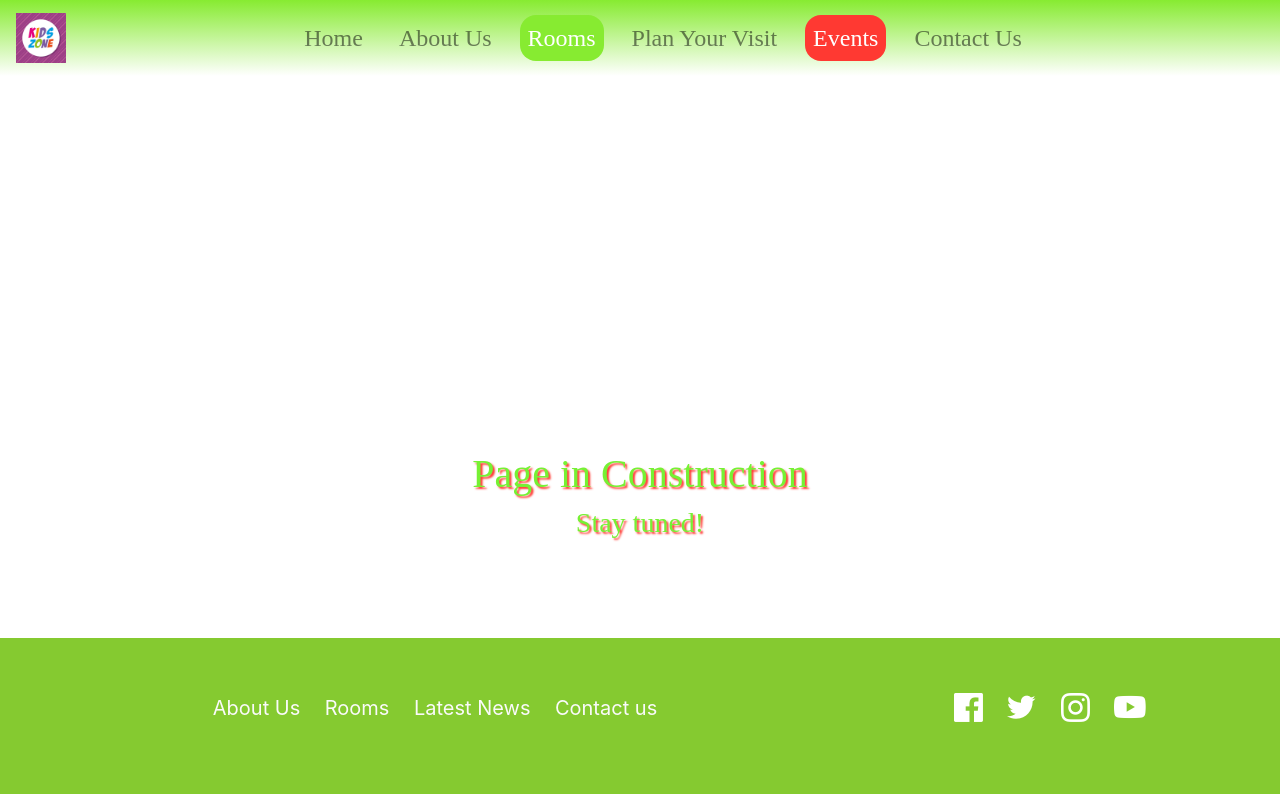
Repository: Code-Institute-Submissions/my-first-frontend-milestone-project
Page: events.html
The author's editor kept a record of every edit. The page is drawn from the files as they stood at one moment, then again after the next edit.
The browser window is 1280 px wide. The pictures show the whole page.
Some web fonts or font styles are not loaded; a fallback is used.

Above is the page before.

After the next edit:
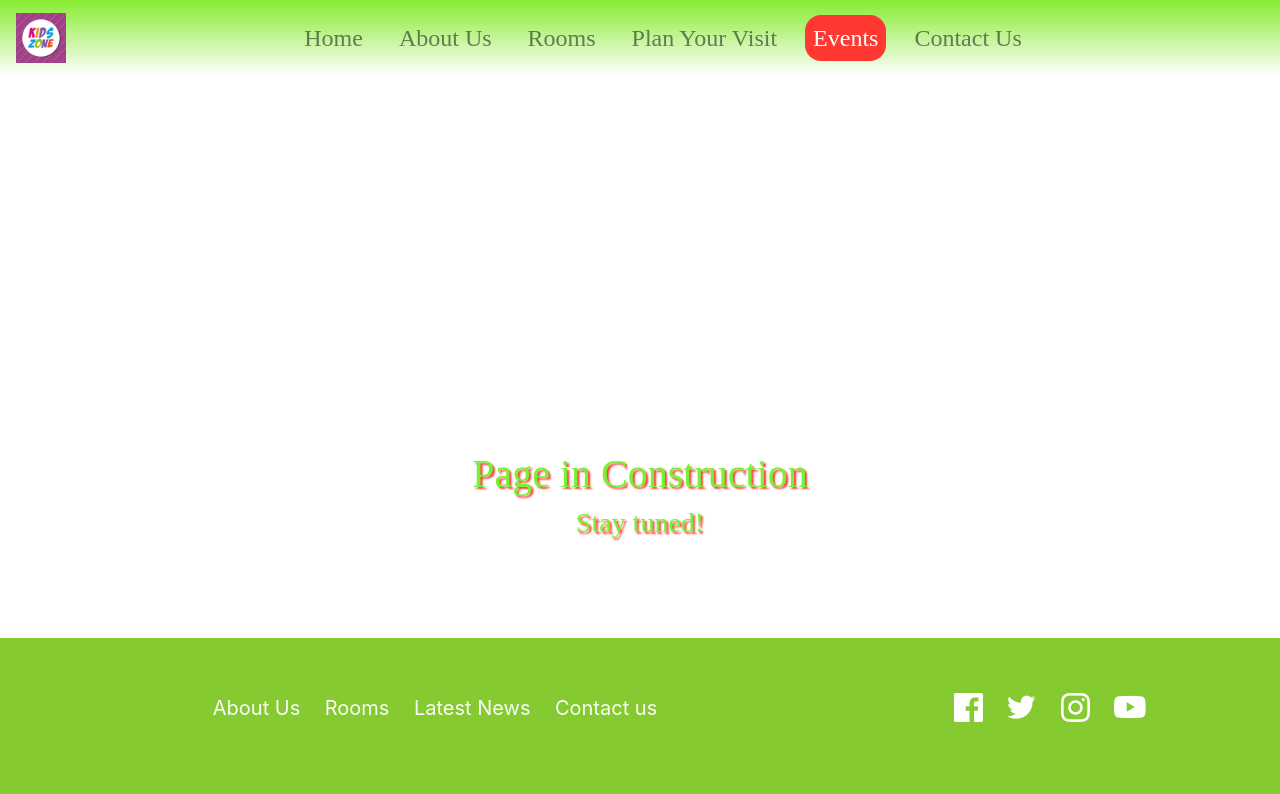
The edit:
--- a/events.html
+++ b/events.html
@@ -33,7 +33,7 @@
                     <li class="nav-item">
                         <a class="nav-link about-menu" href="about.html">About Us</a>
                     </li>
-                    <li class="nav-item active">
+                    <li class="nav-item">
                         <a class="nav-link" href="rooms.html">Rooms</a>
                     </li>
                     <li class="nav-item">
